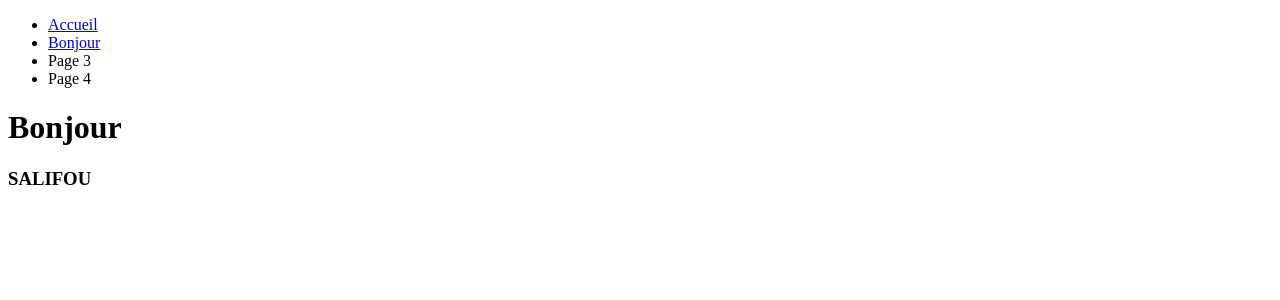
Repository: ibnadam2010/eclipse-workspace
Page: http://localhost/test/Test
These files come from the project's save history. The page is drawn as it stood at one moment and after the next save; the edit follows.
The browser window is 1280 px wide. The pictures show the whole page.
The page is served by Tomcat 9. Other server files are loaded and not shown.

Above is the page before, as saved 2020-11-26 20:30:08.

### test/WebContent/WEB-INF/bonjour.jsp
<%@ page language="java" contentType="text/html; charset=UTF-8"
    pageEncoding="UTF-8"%>
<!DOCTYPE html>
<html>
<head>
<meta charset="ISO-8859-1">
<title>Salut</title>
</head>
<body>
<%@ include file="menu.jsp" %>
<h1>Bonjour</h1>

<h3>
${ auteur.nom }
</h3>
</body>
</html>

### test/WebContent/WEB-INF/menu.jsp
<ul>
<li><a href="/test/">Accueil</a></li>
<li><a href="/test/bonjour">Bonjour</a></li>
<li>Page 3</li>
<li>Page 4</li>
</ul>

### test/src/com/octest/servlets/Test.java
package com.octest.servlets;

import java.io.IOException;
import javax.servlet.ServletException;
import javax.servlet.annotation.WebServlet;
import javax.servlet.http.HttpServlet;
import javax.servlet.http.HttpServletRequest;
import javax.servlet.http.HttpServletResponse;

import com.octest.beans.Auteur;


@WebServlet("/Test")
public class Test extends HttpServlet {
	private static final long serialVersionUID = 1L;


    public Test() {
        super();
        // TODO Auto-generated constructor stub
    }


	protected void doGet(HttpServletRequest request, HttpServletResponse response) throws ServletException, IOException {
		// TODO Auto-generated method stub
		String nom = request.getParameter("nom");
		String[] fruits = {"Ananas", "Mangue", "Orange","Guayave"};
		request.setAttribute("nom", nom);
		request.setAttribute("fruits", fruits);
		Auteur auteur = new Auteur();
		auteur.setNom("SALIFOU");
		auteur.setPrenom("Adamou");
		auteur.setActif(true);
		request.setAttribute("auteur", auteur);
		this.getServletContext().getRequestDispatcher("/WEB-INF/bonjour.jsp").forward(request, response);
	}


	protected void doPost(HttpServletRequest request, HttpServletResponse response) throws ServletException, IOException {
		// TODO Auto-generated method stub

	}

}

### test/src/com/octest/beans/Auteur.java
package com.octest.beans;

public class Auteur {
private String nom;
private String prenom;
private boolean actif;
public String getNom() {
	return nom;
}
public void setNom(String nom) {
	this.nom = nom;
}
public String getPrenom() {
	return prenom;
}
public void setPrenom(String prenom) {
	this.prenom = prenom;
}
public boolean isActif() {
	return actif;
}
public void setActif(boolean actif) {
	this.actif = actif;
}
}

After the next save:
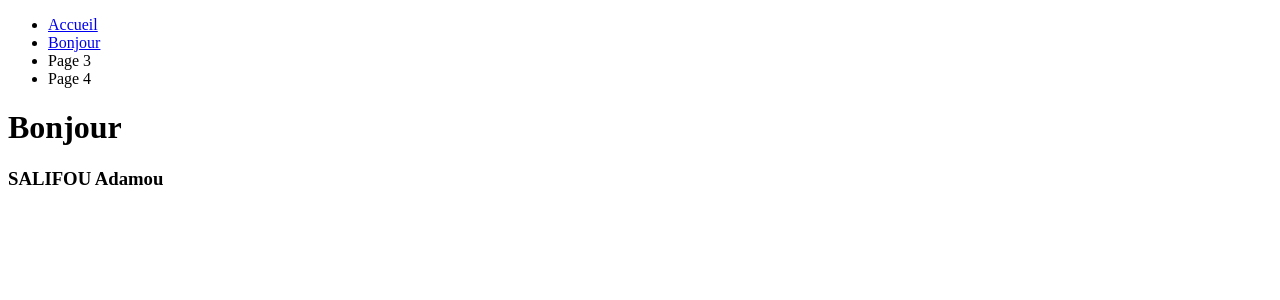
Saved 31 s later.
--- a/test/WebContent/WEB-INF/bonjour.jsp
+++ b/test/WebContent/WEB-INF/bonjour.jsp
@@ -11,7 +11,7 @@
 <h1>Bonjour</h1>
 
 <h3>
-${ auteur.nom }
+${auteur.nom} ${auteur.prenom }
 </h3>
 </body>
 </html>
